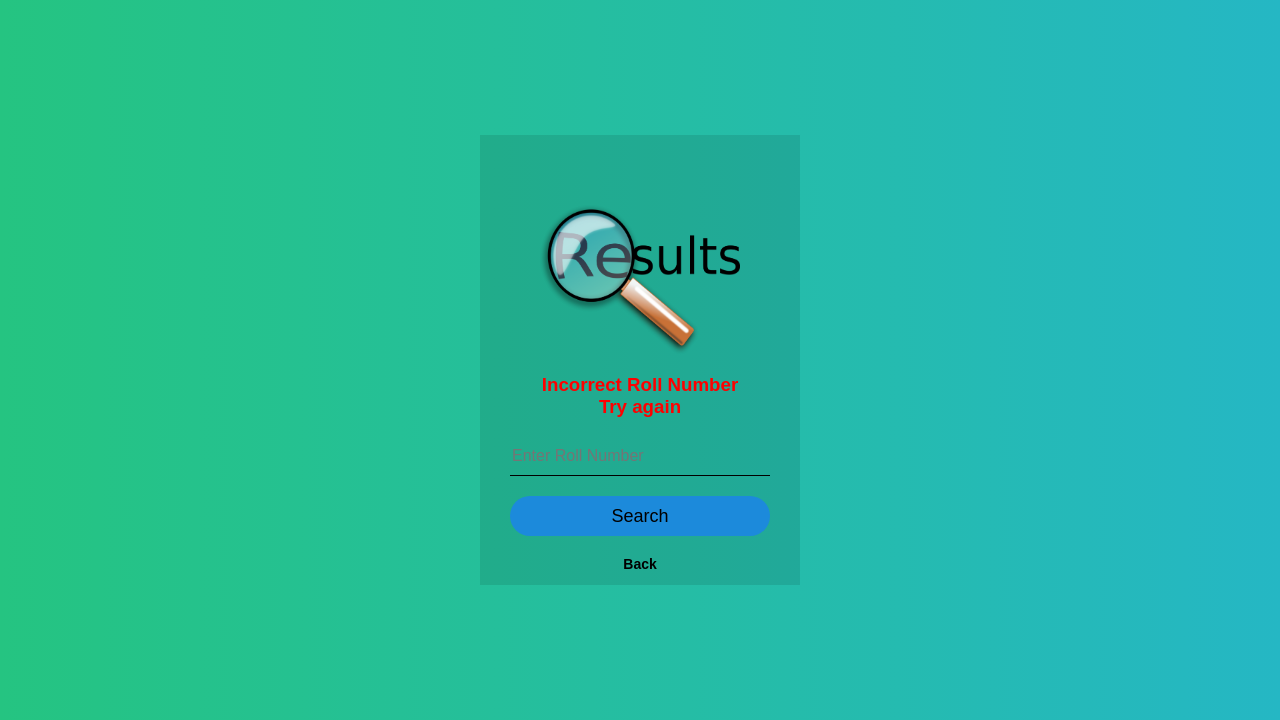
Repository: AlkaDas991/Dbms
Page: Student Record Management/WebContent/errorDgiOneView.html
The author's editor kept a copy of each file at every save. The page is drawn from the files as they stood at one save, then again after the next save.
The browser window is 1280 px wide. The pictures show the whole page.

Above is the page before, as saved 2021-03-12 13:58:29.

### Student Record Management/WebContent/errorDgiOneView.html
<html>
<head>
<style>
h3{
color:red;
}
</style>
<meta http-equiv="Content-Type" content="text/html; charset=ISO-8859-1">
  <link rel="stylesheet" type="text/css" href="style.css">
</head>
<body></body>
    <form method="post" action="studentHome.jsp">
    <div class="login-box">
        <center><img src="result.png" width="200" height="150"></center>
         <h3><center>Incorrect Roll Number <br>Try again</center></h3>

            <input type="text" name="rollNo" placeholder="Enter Roll Number" required="required">
            <input type="submit" name="submit" value="Search">
            </form>
              <center><h1><a href="index.html">Back</a></h1></center>
        </div>

</html>

### Student Record Management/WebContent/style.css

@import url(https://fonts.googleapis.com/css?family=Roboto:400,500,300,700);
body{
	background: -webkit-linear-gradient(left, #25c481, #25b7c4);
  	background-color: linear-gradient(to right, #25c481, #25b7c4);
  	font-family: 'Roboto', sans-serif;
    margin: 0;
    padding: 0;
    background-size: cover;
    background-position: center;
    font-family: sans-serif;
}
.login-box{
    width: 320px;
    height: 450px;
    background: rgba(0, 0, 0, 0.1);
    color: #fff;
    top: 50%;
    left: 50%;
    position: absolute;
    transform: translate(-50%,-50%);
   box-sizing: border-box;
    padding: 70px 30px;
}
.avatar{
    width: 100px;
    height: 100px;
    position: absolute;
    top: -50px;
    left: calc(50% - 50px);
}
h1{
    margin: 0;
    padding: 0 0 20px;
    text-align: center;
    font-size: 22px;
    color:black;
}
.login-box p{
    margin: 0;
    padding: 0;
    font-weight: bold;
}
.login-box input{
    width: 100%;
    margin-bottom: 20px;
}
.login-box input[type="text"], input[type="password"],input[type="number"],input[type="email"]
{
    border: none;
    border-bottom: 1px solid black;
    background: transparent;
    outline: none;
    height: 40px;
    color: black;
    font-size: 16px;
}
.login-box input[type="submit"]
{
    border: none;
    outline: none;
    height: 40px;
    background: #1c8adb;
    color: black;
    font-size: 18px;
    border-radius: 20px;
}
.login-box input[type="submit"]:hover
{
    cursor: pointer;
    background: #39dc79;
    color: #000;
}

.login-box a{
    text-decoration: none;
    font-size: 14px;
    color: black;
}
.login-box a:hover
{
    color: #39dc79;
}
h2
{
	color:black;
}

After the next save:
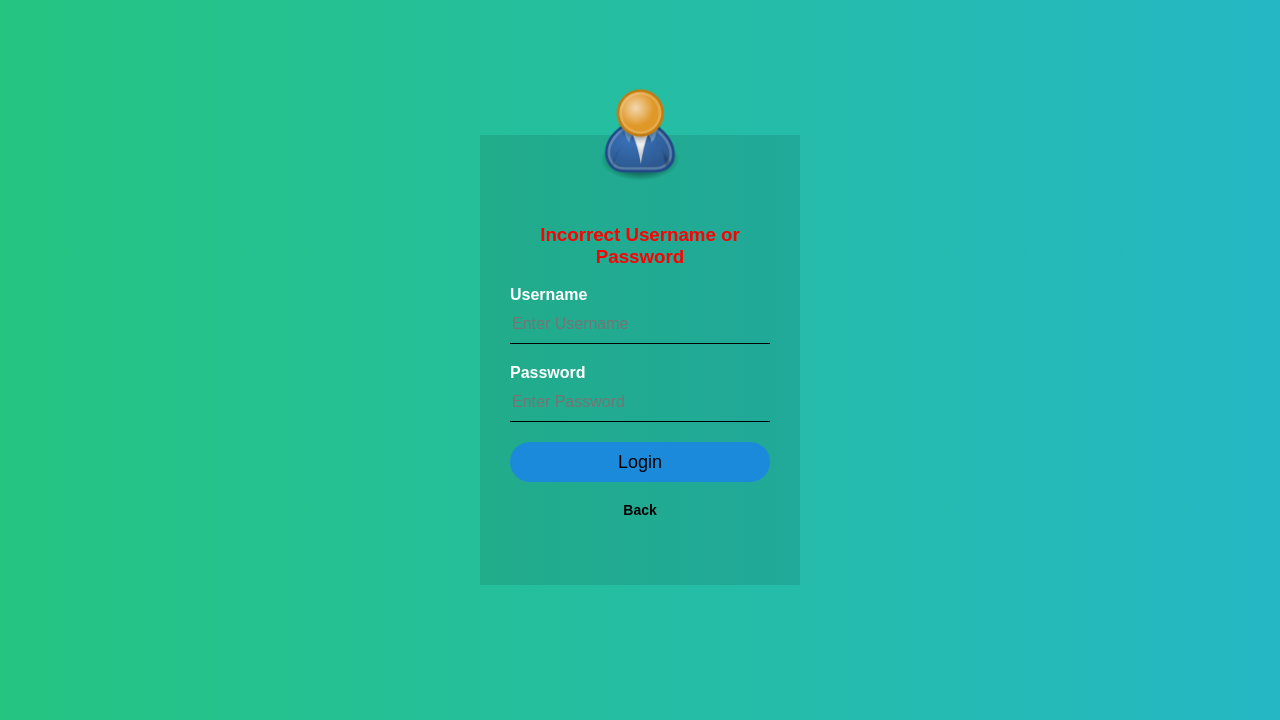
Saved 5 min 53 s later.
--- a/Student Record Management/WebContent/errorDgiOneView.html
+++ b/Student Record Management/WebContent/errorDgiOneView.html
@@ -8,16 +8,18 @@ color:red;
 <meta http-equiv="Content-Type" content="text/html; charset=ISO-8859-1">
   <link rel="stylesheet" type="text/css" href="style.css">
 </head>
-<body></body>
-    <form method="post" action="studentHome.jsp">
+<body>
+    <form method="post" action="adminLogin">
     <div class="login-box">
-        <center><img src="result.png" width="200" height="150"></center>
-         <h3><center>Incorrect Roll Number <br>Try again</center></h3>
-
-            <input type="text" name="rollNo" placeholder="Enter Roll Number" required="required">
-            <input type="submit" name="submit" value="Search">
+    <img src="user.png" class="avatar">
+        <h3><center>Incorrect Username or Password</center></h3>
+            <p>Username</p>
+            <input type="text" name="username" placeholder="Enter Username" required="required">
+            <p>Password</p>
+            <input type="password" name="password" placeholder="Enter Password" required="required">
+            <input type="submit" name="submit" value="Login">
             </form>
               <center><h1><a href="index.html">Back</a></h1></center>
         </div>
-
+    </body>
 </html>
